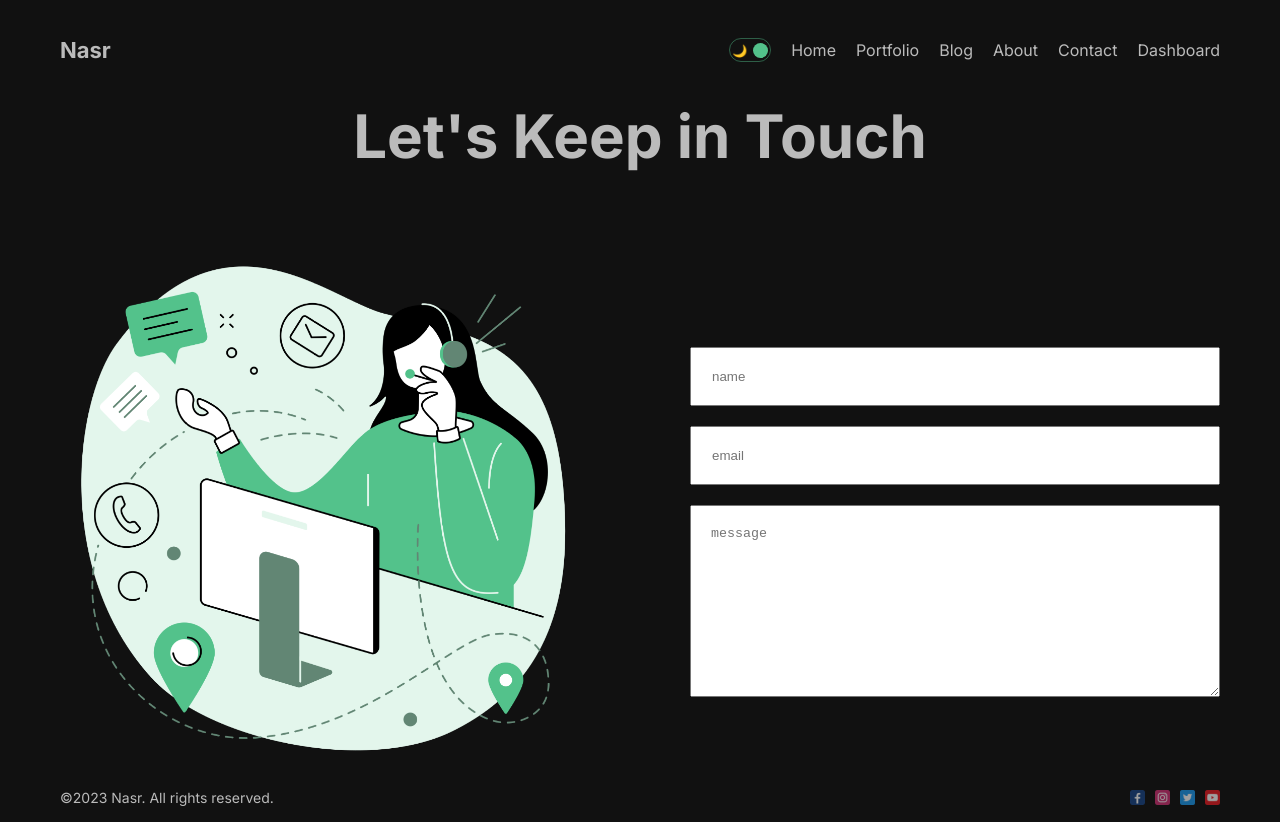
Repository: MoNasr2022/Nast-Blog
Page: /contact
The author's editor kept a copy of each file at every save. The page is drawn from the files as they stood at one save, then again after a run of saves.
The browser window is 1280 px wide. The pictures show the whole page.
The page's requests for data from a server got no answer. The project was rebuilt for these pictures with package versions that can differ from the ones it lists, and the page was loaded fresh each time. The framework's server and built-in components were replaced by stand-ins that run in the browser. No one was signed in, and anything a server would have sent is missing. Also part of the build but not shown: next.config.js, src/components/Button/button.module.css, src/components/Button/Button.jsx.

Above is the page before, as saved 2023-06-15 14:02:17.

### src/app/layout.js
import Navbar from "@/components/navbar/Navbar";
import "./globals.css";
import { Inter, Roboto, Poppins } from "next/font/google";
import Footer from "@/components/footer/Footer";
import { ThemeProvider } from "@/context/ThemeContext";
import AuthProvider from "@/components/AuthProvider/AuthProvider";

const inter = Inter({ subsets: ["latin"] });

export const metadata = {
  title: "Nasr Blog",
  description: "This is the description",
};

export default function RootLayout({ children }) {
  return (
    <html lang="en">
      <body className={inter.className}>
        <ThemeProvider>
          <AuthProvider>
            <div className="container">
              <Navbar />
              {children}
              <Footer />
            </div>
          </AuthProvider>
        </ThemeProvider>
      </body>
    </html>
  );
}

### src/app/contact/page.jsx
import React from "react";
import styles from "./page.module.css";
import Image from "next/image";
import Button from "@/components/Button/Button";

export const metadata = {
  title: "Lama Dev Contact Information",
  description: "This is Contact Page",
};

const Contact = () => {
  return (
    // <div className={styles.container}>
    //   <h1 className={styles.title}>Let's Keep in Touch</h1>
    //   <div className={styles.content}>
    //     <div className={styles.imgContainer}>
    //       <Image
    //         src="/contact.png"
    //         alt=""
    //         fill={true}
    //         className={styles.image}
    //       />
    //     </div>
    //     <form className={styles.form}>
    //       <input type="text" placeholder="name" className={styles.input} />
    //       <input type="text" placeholder="email" className={styles.input} />
    //       <textarea
    //         className={styles.textArea}
    //         placeholder="message"
    //         cols="30"
    //         rows="10"
    //       ></textarea>
    //       <Button url="#" text="Send"/>
    //     </form>
    //   </div>
    // </div>
    <div className={styles.container}>
      <h1 className={styles.title}>Let's Keep in Touch</h1>
      <div className={styles.content}>
        <div className={styles.imgContainer}>
          <Image src="/contact.png"
            alt=""
            fill={true}
            className={styles.image}
          />
        </div>
        <form className={styles.form}>
          <input type="text" placeholder="name" className={styles.input} />
          <input type="text" placeholder="email" className={styles.input} />
          <textarea
            className={styles.textArea}
            placeholder="message"
            cols="30"
            rows="10"
          />
        </form>
      </div>
    </div>
  );
};

export default Contact;

### src/components/navbar/Navbar.jsx
"use client";

import Link from "next/link";
import React from "react";
import styles from "./navbar.module.css";
import DarkModeToggle from "../DarkModeToggle/DarkModeToggle";
import { signOut, useSession } from "next-auth/react";

const links = [
  {
    id: 1,
    title: "Home",
    url: "/",
  },
  {
    id: 2,
    title: "Portfolio",
    url: "/portfolio",
  },
  {
    id: 3,
    title: "Blog",
    url: "/blog",
  },
  {
    id: 4,
    title: "About",
    url: "/about",
  },
  {
    id: 5,
    title: "Contact",
    url: "/contact",
  },
  {
    id: 6,
    title: "Dashboard",
    url: "/dashboard",
  },
];

const Navbar = () => {
  const session = useSession();

  return (
    <div className={styles.container}>
      <Link href="/" className={styles.logo}>
        Nasr
      </Link>
      <div className={styles.links}>
        <DarkModeToggle />
        {links.map((link) => (
          <Link key={link.id} href={link.url} className={styles.link}>
            {link.title}
          </Link>
        ))}
        {session.status === "authenticated" && (
          <button className={styles.logout} onClick={signOut}>
            Logout
          </button>
        )}
      </div>
    </div>
  );
};

export default Navbar;

### src/components/footer/Footer.jsx
import React from "react";
import styles from "./footer.module.css";
import Image from "next/image";

const Footer = () => {
  return (
    <div className={styles.container}>
      <div>©2023 Nasr. All rights reserved.</div>
      <div className={styles.social}>
        <Image src="/1.png" width={15} height={15} className={styles.icon} alt="Nasr Facebook Account" />
        <Image src="/2.png" width={15} height={15} className={styles.icon} alt="Nasr" />
        <Image src="/3.png" width={15} height={15} className={styles.icon} alt="Nasr" />
        <Image src="/4.png" width={15} height={15} className={styles.icon} alt="Nasr" />
      </div>
    </div>
  );
};

export default Footer;

### src/app/contact/page.module.css
/* .container {
}

.title {
  font-size: 60px;
  margin-bottom: 100px;
  text-align: center;
}

.content {
  display: flex;
  align-items: center;
  gap: 100px;
}

.imgContainer {
  flex: 1;
  height: 500px;
  position: relative;
}

.image {
  object-fit: contain;
  /* animation: move 3s infinite ease alternate;
}

@keyframes move {
  from {
    transform: translateY(-15px);
  }
  to {
    transform: translateY(0px) scale(1.03);
  }
}

.form {
  flex: 1;
  display: flex;
  flex-direction: column;
  gap: 20px;
}

.input,
.textArea {
  padding: 20px;
  background-color: transparent;
  border: none;
  outline: none;
  color: #bbb;
  border: 3px solid #bbb;
  font-size: 20px;
  font-weight: bold;
} */
.container {

}
.title{
  font-size: 60px;
  margin-bottom: 100px;
  text-align: center;
}
.content {
  display: flex;
  align-items: center;
  gap: 100px;

}
.imgContainer {
  position: relative;
  flex: 1;
  height: 500px;

}
.image {
  object-fit: contain;
  animation: move 3s infinite ease alternate;
}
@keyframes move {
  from {
    transform: translateY(-15px);
  }
  to {
    transform: translateY(0px) scale(1.03);
  }
}
.form{
  flex: 1;
  display: flex;
  flex-direction: column;
  gap: 20px;
}
.input, .textArea{
  padding: 20px;
  bng
}

Loaded but not shown: src/app/globals.css (common file); src/context/ThemeContext.js (common file); src/components/AuthProvider/AuthProvider.jsx (common file); src/components/navbar/navbar.module.css (common file); src/components/DarkModeToggle/DarkModeToggle.jsx (common file); src/components/footer/footer.module.css (common file); src/components/DarkModeToggle/darkModeToggle.module.css (common file)

After the next 5 saves:
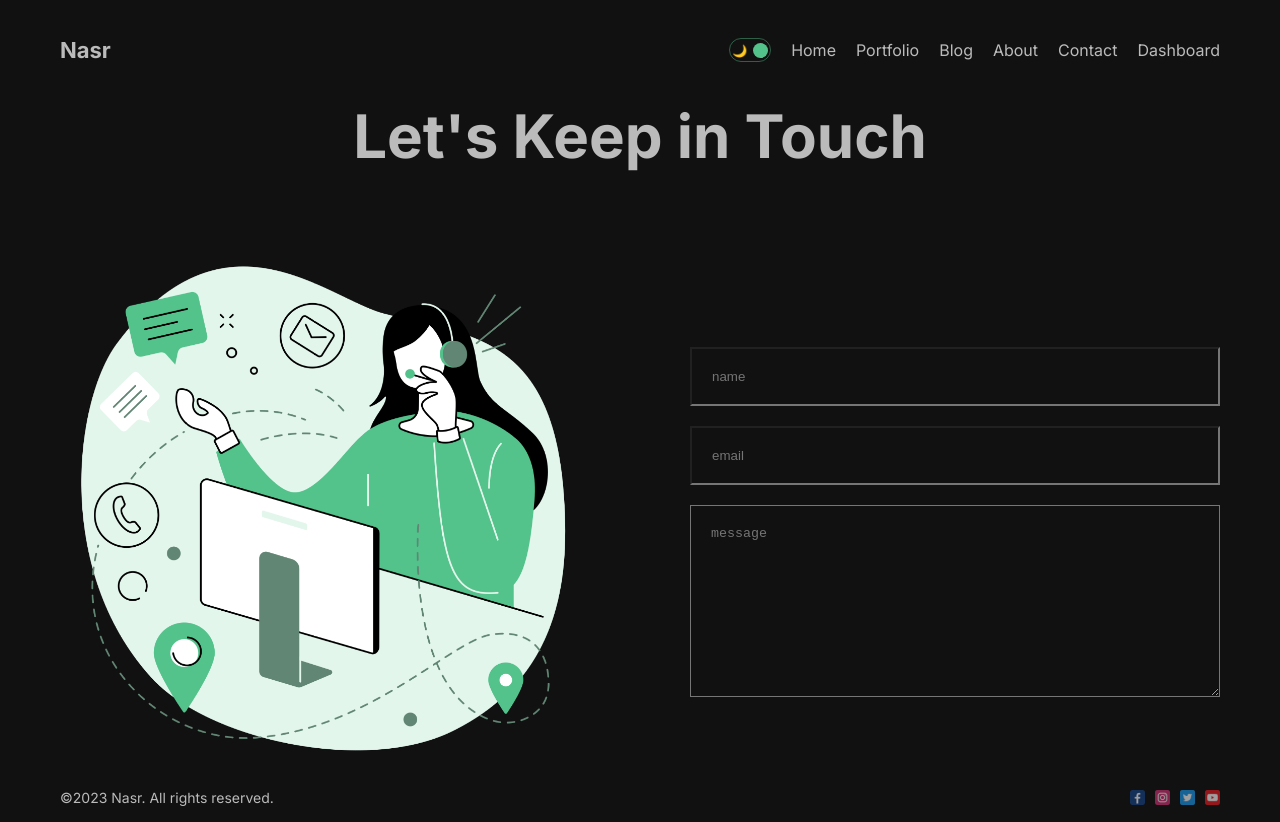
The 5 saves are shown as one change because they came seconds apart.
The last was saved 15 s later.
--- a/src/app/contact/page.module.css
+++ b/src/app/contact/page.module.css
@@ -91,5 +91,6 @@
 }
 .input, .textArea{
   padding: 20px;
-  bng
+  background-color: transparent !important;
+
 }
